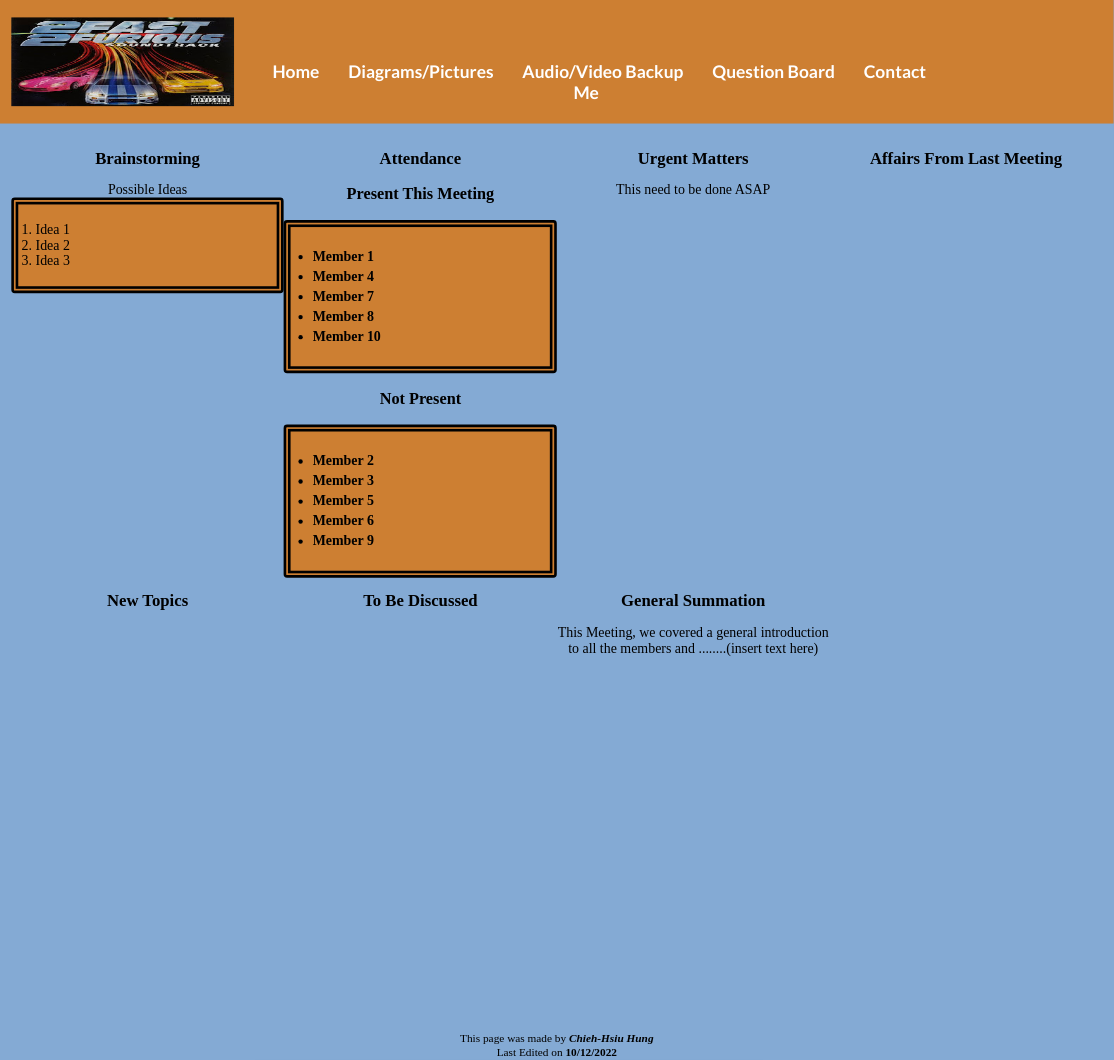
Repository: Chieh0501/fa22-cse110-lab3
Page: index.html
The author's editor kept a copy of each file at every save. The page is drawn from the files as they stood at one save, then again after the next save.
The browser window is 1280 px wide. The pictures show the whole page, at 87% of full size.

Above is the page before, as saved 2022-10-12 13:37:25.

### index.html
<!DOCTYPE html>
<html lang="en">

<head>
	<meta charset="utf-8" />
	<meta name="description" content="Team 2 Meeting Notes" />
	<meta name="keywords" content="HTML, CSS, JavaScript" />
	<meta name="author" content="Chieh-Hsiu Hung" />
	<meta name="viewport" content="width=device-width, initial-scale=1.0" />
	<title>Team 2 Meeting Notes</title>
	<link href="images/favicons/favicon.ico" rel="icon" />
	<link href="styles/main.css" rel="stylesheet" />
	<!-- <script>
		window.addEventListener('load', function () {
			let time = window.performance.timing,
				complete = time.domComplete - time.domLoading;
			document.getElementById('page-load-info').innerHTML = `<strong>Page Loaded in ${parseInt(complete)}ms
			 on ${new Date().toLocaleString("en-US")}</strong>`;
		});
	</script> -->

</head>

<body>
	<header>
		<img src="images/logo.png" alt="Demo Team Logo" class="logo" id="logo">
		<nav class="navBar">
			<a href="index.html">Home</a>
			<a href="images.html">Diagrams/Pictures</a>
			<a href="multimedia.html">Audio/Video Backup</a>
			<a href="questions.html">Question Board</a>
			<a href="contacts.html">Contact Me</a>
		</nav>
	</header>

	<main id="home_main">
		<section class="title">
			<h1>Team 2 Introductory Meeting</h1>
			<h2 id="date">Date: 10/5/2022</h2>
		</section>

		<hr id="blocker" />
		<section id="attendance" class="attendance">
			<h2>Attendance</h2>
			<!-- <form>
				Add Checkbox state with JS later
				<input type="checkbox" id="member1" name="member1" value="chung">
				<label for="vehicle1"> Chieh-Hsiu Hung</label><br>
				<input type="checkbox" id="member2" name="member2" value="avalliani">
				<label for="vehicle1"> Amaar Valliani</label><br>
				<input type="checkbox" id="member3" name="member3" value="ajia">
				<label for="vehicle1"> Andrew Jia</label><br>
				<input type="checkbox" id="member4" name="member4" value="ivarela">
				<label for="vehicle1"> Issac Varela</label><br>
				<input type="checkbox" id="member5" name="member5" value="lnguyen">
				<label for="vehicle1"> Liam Nguyen</label><br>
				<input type="checkbox" id="member6" name="member6" value="nrao">
				<label for="vehicle1"> Nikhil Rao</label><br>
				<input type="checkbox" id="member7" name="member7" value="sdadhwal">
				<label for="vehicle1"> Sahil Dadhwal</label><br>
				<input type="checkbox" id="member8" name="member8" value="tkoon">
				<label for="vehicle1"> Thomas Koon</label><br>
				<input type="checkbox" id="member9" name="member9" value="ycao">
				<label for="vehicle1"> Yingqi Cao</label><br>
				<input type="checkbox" id="member10" name="member10" value="yxu">
				<label for="vehicle1"> YunXiao Xu</label><br>
				<input type="submit" value="Submit">
			  </form> -->
			  <h3>Present This Meeting</h3>
			  <ul>
				<li>Member 1</li>
				<li>Member 4</li>
				<li>Member 7</li>
				<li>Member 8</li>
				<li>Member 10</li>
			  </ul>
			  <h3>Not Present</h3>
			  <ul>
				<li>Member 2</li>
				<li>Member 3</li>
				<li>Member 5</li>
				<li>Member 6</li>
				<li>Member 9</li>
			  </ul>
		</section>
		<section class="brainstorming">
			<h2>Brainstorming</h2>
			<div id="subtitle">Possible Ideas</div>
			<ol>
				<li>Idea 1</li>
				<li>Idea 2</li>
				<li>Idea 3</li>
			  </ol>
		</section>
		<section class="urgent">
			<h2>Urgent Matters</h2>
			<p id="urgent"><span>This need to be done ASAP</span></p>
		</section>
		<section class="last_meeting">
			<h2>Affairs From Last Meeting</h2>
		</section>
		<section class="new_topics">
			<h2>New Topics</h2>
		</section>
		<section class="tbd">
			<h2>To Be Discussed</h2>
		</section>
		<section class="summation">
			<h2>General Summation</h2>
			<p>This Meeting, we covered a general introduction to all the members and ........(insert text here)</p>
		</section>
	</main>

	<footer>
		<hr />
		<div>This page was made by <i><b>Chieh-Hsiu Hung</b></i></div>
		<aside>Last Edited on <strong>10/12/2022</strong></aside>
	</footer>
</body>

</html>

### styles/main.css
/* main.css */

html,

:root {
  --vw-lg: 1920px;
  --vw-md: 1366px;
  --vw-sm: 600px;
  --primary-color: #84aad4;
  --secondary-color: white;
  --accent-color-1: #CD7F32;
  --accent-color-2: #969696;
  --accent-color-3: hsl(150deg 30% 60%);
}

body {
  background-color: var(--primary-color);
  display: block;
  margin: 0;
  padding: 0;
}
@font-face {
  font-family: "Lato";
  font-style: normal;
  font-weight: 400;
  src: url("../fonts/Lato/Lato-Regular.ttf") format("truetype");
}
@font-face {
  font-family: "Lato";
  font-weight: bold;
  font-weight: 400;
  src: url("../fonts/Lato/Lato-Bold.ttf") format("truetype");
}
@font-face {
  font-family: "Lato";
  font-style: italic;
  font-weight: 400;
  src: url("../fonts/Lato/Lato-Italic.ttf") format("truetype");
}
.grid main{
  display: grid;
}

/****** header ******/

header {
  display:grid;
  grid-template-columns: repeat(6, 1fr);
  gap: 1rem;
  text-align: center;
  padding: 20px 0;
  font-family: "Lato", bold;
  background: var(--accent-color-1);
}

#logo {
  margin-left: 1vw;
  float: left;
  height: 3vw;
}
/******* NavBar *******/
.navBar {
  grid-column: 2 / span 4;
  position: relative;
  overflow: hidden;
  margin-top: 50px;
}
.navBar > a{
  float: none;
  color: #ffffff;
  text-align: center;
  padding: 15px 15px;
  text-decoration: none;
  font-size: 20px;
}
.navBar a:hover{
  text-decoration: underline;
}
.navBar a:visited{
  color: #000000;
}
/****** general **********/
section h2{
  font-size: 1.5vw;
}
hr {
  display: none;
}

/****** home content ******/
#home_main {
  display:grid;
  margin: 1vw;
  grid-template-columns: repeat(4, 1fr);
  grid-template-rows: repeat(2, 1fr);
  text-align: center;
}
.title {
  display:flex;
  flex-direction: column;
  margin: 1vw;
  text-align: center;
}
.title h1{
  float:initial;
  font-size: 2vw;
}
.title h2{
  float:initial;
  font-size: 1.5vw;
}

.attendance{
  grid-row: 1;
  grid-column: 2;
}
.attendance ul{
  background-color: var(--accent-color-1);
  border: 8px double black;
  border-radius: 4px;
  margin: 0 auto;
  padding: 20px;
  text-align: left;
}
.brainstorming{

}
.brainstorming ol{
  background-color: var(--accent-color-1);
  border: 8px double black;
  border-radius: 4px;
  margin: 0 auto;
  padding: 20px;
  text-align: left;
}

ul li {
  margin: 5px;
  font-weight: bold;
}

.contactform{
  position: relative;
  grid-row: 2 / span 6;
  background-color: var(--secondary-color);
  margin-left: 2vw;
  grid-column: 1 / span 2;
  height: auto;
}
.contactform label{
  position: relative;
  font-weight: bold;
}
.contactform input[type = text], select, textarea{
  width: 100%;
  padding: 6px;
  grid-column: 1 / span 6;
  border: 1px solid var(--accent-color-1);
  border-radius: 6px;
  resize: vertical;
}
/***** Button *******/
.button{
  display: inline-block;
  width: fit-content;
  height: fit-content;
  padding: 1vw 2vw;
  text-align: center;
  text-decoration: none;
  color: var(--primary-color);
  background-color: var(--accent-color-1);
  border-radius: 8px;
  outline: none;
}
.button:hover{
  text-decoration: underline;
  color:azure;
  background-color: #969696;
}
@media screen and (max-width: 800px){
  #index_main{
    display:grid;
    margin-left: 1vw;
    margin-right: 1vw;
    grid-template-columns: repeat(6, 1fr);
    grid-template-rows: repeat(6, 1fr);
    text-align: center;
  }
  main.main2{
    display:grid;
    margin-left: 1vw;
    margin-right: 1vw;
    grid-template-columns: 1fr;
    grid-template-rows: repeat(4, 1fr);
    text-align: center;
  }
  #contact_frame{
    width: 100%;
    margin-left: 1vw;
    grid-column: 1;
    grid-row: 3;
  }
  .navBar a{
    float: none;
    display: none;
  }

  .title{
    display:none;
  }
  .short_title{
    display: block;
    grid-row: 1 / span 3;
    grid-column: 2 / span 4;
    font-size: 6vw;
  }
  img{
    width: 80vw;
  }
  #hamburger{
    display: block;
  }
  #hamburger input{
    display: block;
  }
  .contactform{
    grid-column: 1;
  }
  #notice{
    display: none;
  }
  .button{
    width: 60vw;
    height: 20vw;
  }
  #Contact_Button{
    grid-row: 3 / span 2;
    grid-column: 2 / span 6;
  }
  #download_resume{
    grid-row: 6 / span 2;
    grid-column: 2 / span 6;
  }
  img#logo {
    width: 40vw;
    height: 16vw;
  }
}
@media screen and (max-width: 1366px) {
  main{
    display:grid;
    margin-left: 1vw;
    margin-right: 1vw;
    grid-template-columns: 1fr;
    grid-template-rows: repeat(3, 1fr);
    text-align: center;
  }
  #index_main{
    display:grid;
    margin-left: 1vw;
    margin-right: 1vw;
    grid-template-columns: repeat(6, 1fr);
    grid-template-rows: repeat(6, 1fr);
    text-align: center;
  }
  .title{
    display:none;
  }
  .short_title{
    display: block;
    grid-row: 1 / span 3;
    grid-column: 2 / span 4;
    font-size: 6vw;
  }
  main.main2{
    display:grid;
    margin-left: 1vw;
    margin-right: 1vw;
    grid-template-columns: repeat(2, 1fr);
    grid-template-rows: repeat(2, 1fr);
    text-align: center;
  }
  main.about_main{
    display:grid;
    margin-left: 1vw;
    margin-right: 1vw;
    grid-template-columns: 1fr;
    grid-template-rows: repeat(4, 1fr);
    text-align: center;
  }
  section#diving{
    grid-row: 1;
    grid-column: 1;
  }
  section#sailing{
    grid-row: 2;
    grid-column: 1;
  }
  video{
    width: 80vw;
  }
  img{
    width: 80vw;
  }
  section#snowboarding{
    grid-row: 3;
    grid-column: 1;
  }
  section#songs{
    grid-row:4;
    grid-column: 1;
  }
  .contactform{
    grid-column: 1/ span 6;
  }
  #notice{
    display: none;
    font-variant:small-caps;
  }
  #contact_frame{
    margin-left: 1vw;
    grid-column: 1;
    grid-row: 3;
  }
  .title2{
    width: 30vw;
    grid-column: 2;
    grid-row: 1 / span 2;
  }
  #clock{
    grid-column: 1;
    grid-row: 1;
  }
  h1.project{
    align-self: center;
    grid-row: 1;
    grid-column: 1;
  }
  img#logo {
    width: 20vw;
    height: 8vw;
  }
}
/* a:link { color: #3366BB; }
a:visited { color: #663366 }
a:visited:hover { color: #0b0080; }
a:hover { color: gray; }
a:active { background-color: yellow; border: 4px solid red;} */


/****** footer ******/
footer {
  font-size: small;
  text-align: center;
}

After the next save:
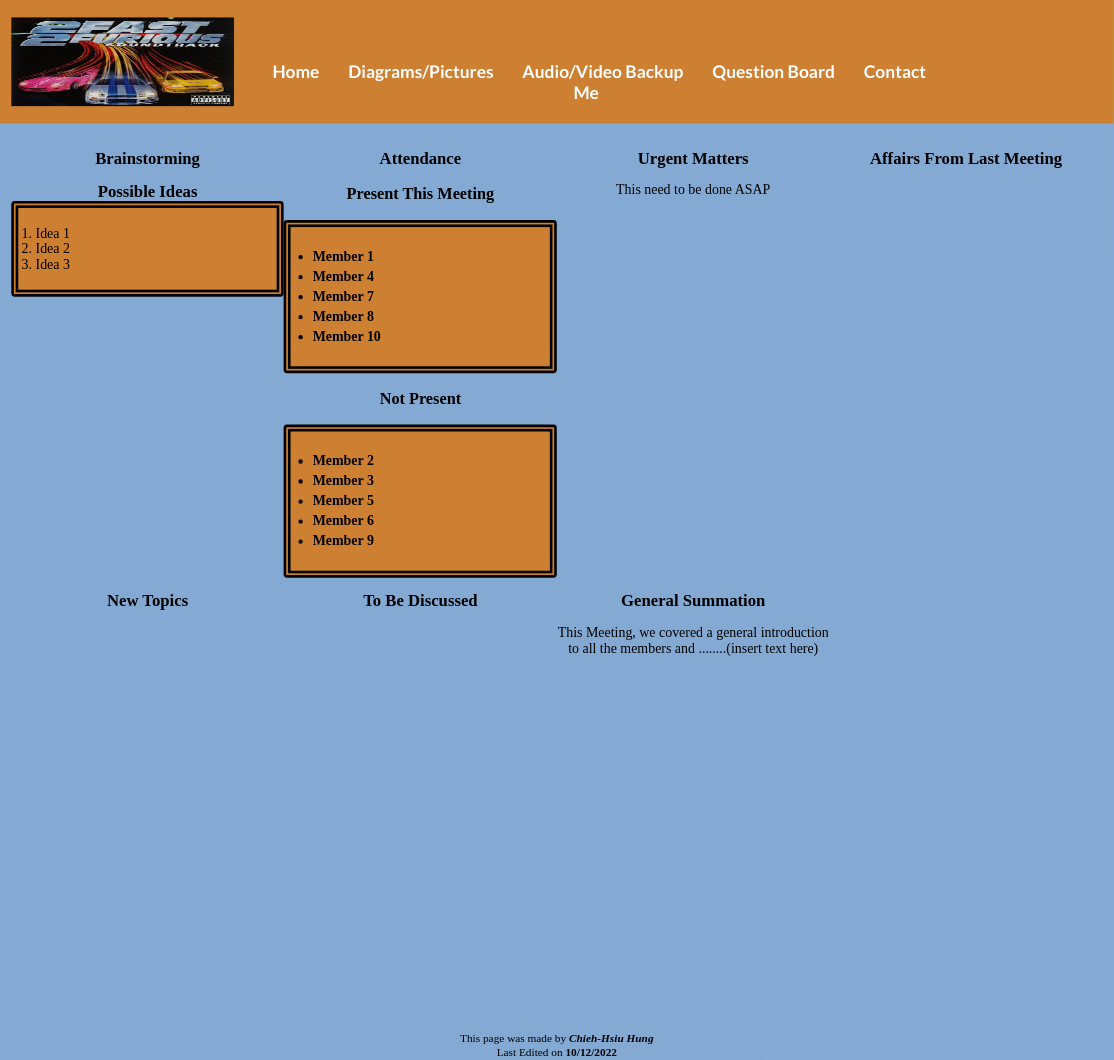
Saved 32 s later.
--- a/styles/main.css
+++ b/styles/main.css
@@ -125,6 +125,10 @@
 .brainstorming{
 
 }
+.brainstorming #subtitle{
+  font-weight: bold;
+  font-size: 1.5vw;
+}
 .brainstorming ol{
   background-color: var(--accent-color-1);
   border: 8px double black;
